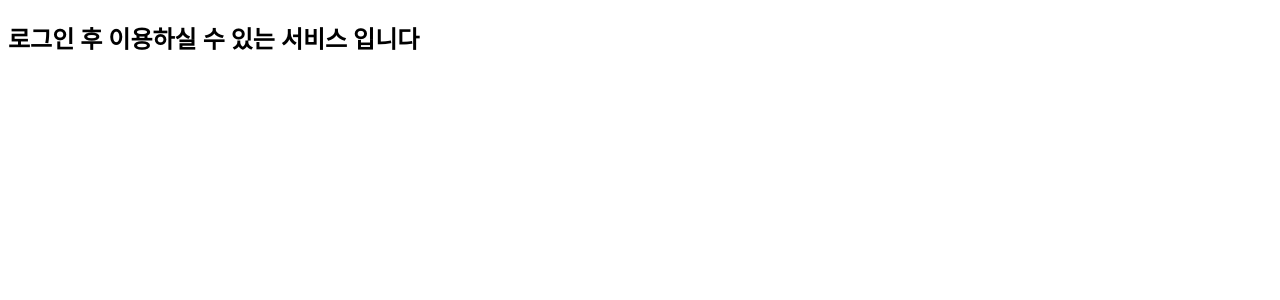
Repository: se-yoo/ChangeSeat
Page: http://localhost/ChangeSeat/infoNotMember.jsp
The author's editor kept a copy of each file at every save. The page is drawn from the files as they stood at one save, then again after the next save.
The browser window is 1280 px wide. The pictures show the whole page.
The page is served by Tomcat 9.

Above is the page before, as saved 2018-06-26 02:50:46.

### ChangeSeat/WebContent/infoNotMember.jsp
<%@ page language="java" contentType="text/html; charset=UTF-8"
    pageEncoding="UTF-8"%>
<!DOCTYPE html>
<html>
<head>
<meta content="text/html; charset=UTF-8">
<title></title>
</head>
<body>
	<h2>로그인 후 이용하실 수 있는 서비스 입니다</h2>
</body>

After the next save:
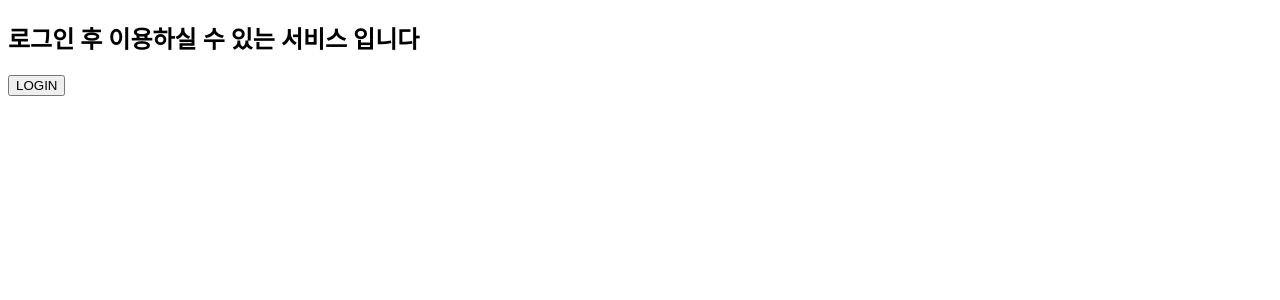
Saved 32 s later.
--- a/ChangeSeat/WebContent/infoNotMember.jsp
+++ b/ChangeSeat/WebContent/infoNotMember.jsp
@@ -8,4 +8,5 @@
 </head>
 <body>
 	<h2>로그인 후 이용하실 수 있는 서비스 입니다</h2>
+	<a href="login.jsp"><button>LOGIN</button></a>
 </body>
